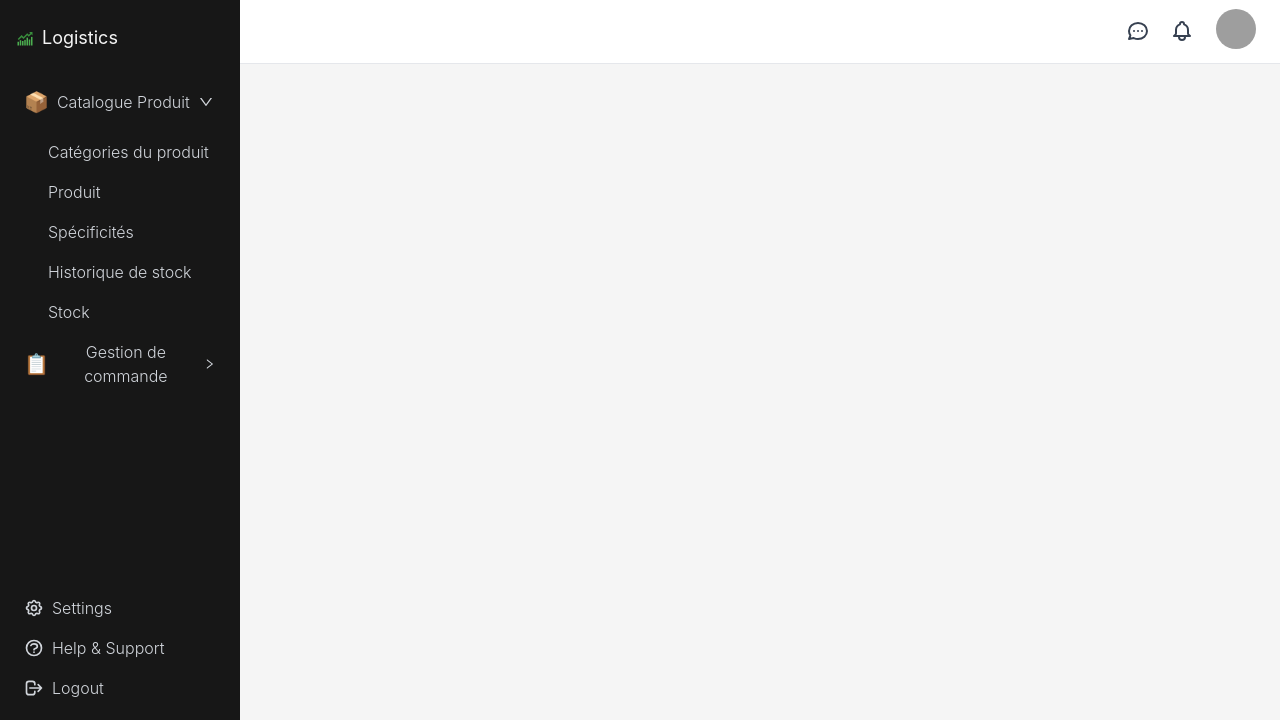
Repository: Mayar2222/Dashboard
Page: /, after clicking the first element matching `button.flex`
The author's editor kept a copy of each file at every save. The page is drawn from the files as they stood at one save, then again after a run of saves.
The browser window is 1280 px wide. The pictures show the whole page.
Pictures or frames that could not be fetched are drawn as grey boxes. The project was rebuilt for these pictures with package versions that can differ from the ones it lists, and the page was loaded fresh each time. Also part of the build but not shown: src/components/CatalogueProduits.jsx, src/components/Categories.jsx.

Above is the page before, as saved 2024-07-28 17:26:27.

### src/App.jsx
import { Route, BrowserRouter as Router, Routes } from "react-router-dom";
import CatalogueProduits from "./components/CatalogueProduits";
import Categories from "./components/Categories";
import Layout from "./components/shared/Layout";

function App() {
  return (
      <Router>
      <Routes>
        <Route path="/"  element={<Layout/>}>
          <Route path="CatalogueProduits"  element={<CatalogueProduits/>}/>
          <Route path="Categories"  element={<Categories/>}/>

          <Route path="login"  element={<div>this login page</div>}/>

        </Route>
      </Routes>
      </Router>
  );
}

export default App;

### src/index.css
@import url('https://fonts.googleapis.com/css2? family=Poppins:wght@400; 600;700&display=swap');


@tailwind base;
@tailwind components;
@tailwind utilities;

@layer base {
    html {
        font-family: 'Inter', sans-serif;
        line-height: 1.3;
    }
    table {
        /* Add any specific styles for the table here if needed */
    }
    th,
    td {
        @apply py-3 px-2.5 text-sm text-left border-y border-gray-200;
    }
    thead {
        @apply bg-neutral-100;
    }
    th {
        @apply font-semibold;
    }
    a {
        @apply text-sky-500 hover:underline;
    }
}

### src/components/shared/Layout.jsx
import React from 'react'
import { Outlet } from 'react-router-dom'
import Header from './Header'
import Sidebar from './Sidebar'
export default function Layout() {
  return (
    <div className='flex flex-row bg-neutral-100 h-screen w-screen overflow-hidden'>
<Sidebar/>
     <div className='flex-1'>
      <Header/>
      <div className='p-4'>{<Outlet/>}</div>

      </div>


    </div>
  )
}

### src/components/shared/Header.jsx
import { Menu, Popover, Transition } from '@headlessui/react';
import React, { Fragment } from 'react';
import { HiOutlineBell, HiOutlineChat } from 'react-icons/hi';

export default function Header() {
  return (
    <div className='bg-white h-16 px-4 flex justify-between items-center border-b border-gray-200'>
      <div className='relative'>

      </div>
      <div className="flex items-center gap-2 mr-2">
        <Popover className="relative">
          {({ open }) => (
            <>
              <Popover.Button
                className={`p-1.5 rounded-sm inline-flex items-center ${open ? 'text-gray-900' : 'text-gray-700 hover:text-gray-900'} focus:outline-none`}
              >
                <HiOutlineChat fontSize={24} />
              </Popover.Button>
              <Transition
                as={Fragment}
                enter="transition ease-out duration-200"
                enterFrom="opacity-0 translate-y-1"
                enterTo="opacity-100 translate-y-0"
                leave="transition ease-in duration-150"
                leaveFrom="opacity-100 translate-y-0"
                leaveTo="opacity-0 translate-y-1"
              >
                <Popover.Panel className="absolute right-0 z-10 mt-2.5 w-80">
                  <div className="bg-white rounded-sm shadow-md ring-1 ring-black ring-opacity-5 px-2 py-2.5">
                    <strong className="text-gray-700 font-medium">Messages</strong>
                    <div className="mt-2">This is the messages panel!</div>
                  </div>
                </Popover.Panel>
              </Transition>
            </>
          )}
        </Popover>

        <Popover className="relative">
          {({ open }) => (
            <>
              <Popover.Button
                className={`p-1.5 rounded-sm inline-flex items-center ${open ? 'text-gray-900' : 'text-gray-700 hover:text-gray-900'} focus:outline-none`}
              >
                <HiOutlineBell fontSize={24} />
              </Popover.Button>
              <Transition
                as={Fragment}
                enter="transition ease-out duration-200"
                enterFrom="opacity-0 translate-y-1"
                enterTo="opacity-100 translate-y-0"
                leave="transition ease-in duration-150"
                leaveFrom="opacity-100 translate-y-0"
                leaveTo="opacity-0 translate-y-1"
              >
                <Popover.Panel className="absolute right-0 z-10 mt-2.5 w-80">
                  <div className="bg-white rounded-sm shadow-md ring-1 ring-black ring-opacity-5 px-2 py-2.5">
                    <strong className="text-gray-700 font-medium">Notifications</strong>
                    <div className="mt-2">This is the notifications panel!</div>
                  </div>
                </Popover.Panel>
              </Transition>
            </>
          )}
        </Popover>

        <Menu as="div" className="relative">
          <div>
            <Menu.Button className="ml-2 inline-flex">
              <span className='sr-only'>Open user menu</span>
              <div className='h-10 w-10 rounded-full bg-sky-500 bg-cover bg-no-repeat bg-center' style={{backgroundImage: 'url("https://images.unsplash.com/photo-1529626455594-4ff0802cfb7e?crop=faces&fit=crop&w=80&h=80&q=80")'}}>
                <span className='sr-only'>Mayar</span>
              </div>
            </Menu.Button>
          </div>
          <Transition
            as={Fragment}
            enter="transition ease-out duration-200"
            enterFrom="opacity-0 translate-y-1"
            enterTo="opacity-100 translate-y-0"
            leave="transition ease-in duration-150"
            leaveFrom="opacity-100 translate-y-0"
            leaveTo="opacity-0 translate-y-1"
          >
            <Menu.Items className="absolute right-0 mt-2 w-48 origin-top-right bg-white border border-gray-200 divide-y divide-gray-100 rounded-md shadow-lg outline-none">
              <div className="px-4 py-3">
                <p className="text-sm">Signed in as</p>
                <p className="text-sm font-medium text-gray-900 truncate">Mayar</p>
              </div>
              <div className="py-1">
                <Menu.Item>
                  {({ active }) => (
                    <a
                      href="/profile"
                      className={`${
                        active ? 'bg-gray-100 text-gray-900' : 'text-gray-700'
                      } flex justify-between w-full px-4 py-2 text-sm leading-5 text-left`}
                    >
                      Your Profile
                    </a>
                  )}
                </Menu.Item>
                <Menu.Item>
                  {({ active }) => (
                    <a
                      href="/settings"
                      className={`${
                        active ? 'bg-gray-100 text-gray-900' : 'text-gray-700'
                      } flex justify-between w-full px-4 py-2 text-sm leading-5 text-left`}
                    >
                      Settings
                    </a>
                  )}
                </Menu.Item>
              </div>
              <div className="py-1">
                <Menu.Item>
                  {({ active }) => (
                    <a
                      href="/logout"
                      className={`${
                        active ? 'bg-gray-100 text-gray-900' : 'text-gray-700'
                      } flex justify-between w-full px-4 py-2 text-sm leading-5 text-left`}
                    >
                      Sign out
                    </a>
                  )}
                </Menu.Item>
              </div>
            </Menu.Items>
          </Transition>
        </Menu>
      </div>
    </div>
  );
}

### src/components/shared/Sidebar.jsx
import React, { useState } from 'react';
import { AiOutlineDown, AiOutlineRight } from 'react-icons/ai';
import { FcBullish } from 'react-icons/fc';
import { HiOutlineLogout } from 'react-icons/hi';
import { Link, useLocation } from 'react-router-dom';
import { DASHBOARD_SIDEBAR_BOTTOM_LINKS, DASHBOARD_SIDEBAR_LINKS } from '../../lib/consts/navigation';

const linkClasses =
  'flex items-center gap-2 font-light px-3 py-2 hover:bg-neutral-700 hover:no-underline active:bg-neutral-600 rounded-sm text-base text-gray-300';

const titleClasses = 'flex items-center gap-2 px-1 py-3 text-neutral-100 text-lg';

export default function Sidebar() {
  const { pathname } = useLocation();
  const [isCatalogueOpen, setIsCatalogueOpen] = useState(false);
  const [isGestionOpen, setIsGestionOpen] = useState(false);

  const toggleCatalogue = () => {
    setIsCatalogueOpen(!isCatalogueOpen);
  };

  const toggleGestion = () => {
    setIsGestionOpen(!isGestionOpen);
  };

  return (
    <div className="bg-neutral-900 w-60 p-3 flex flex-col text-white h-full fixed">
      <div className={titleClasses}>
        <FcBullish />
        <span>Logistics</span>
      </div>
      <div className="flex-1 mt-4">
        <div>
          <button onClick={toggleCatalogue} className={linkClasses}>
            <span className="text-xl">📦</span>
            <span>Catalogue Produit</span>
            {isCatalogueOpen ? <AiOutlineDown /> : <AiOutlineRight />}
          </button>
          {isCatalogueOpen && (
            <div className="ml-6 mt-2">
              <Link to="/categories" className={linkClasses}>
                Catégories du produit
              </Link>
              <Link to="/produit" className={linkClasses}>
                Produit
              </Link>
              <Link to="/spf" className={linkClasses}>
                Spécificités
              </Link>
              <Link to="/historique" className={linkClasses}>
                Historique de stock
              </Link>
              <Link to="/stock" className={linkClasses}>
                Stock
              </Link>
            </div>
          )}
        </div>

        <div>
          <button onClick={toggleGestion} className={linkClasses}>
            <span className="text-xl">📋</span>
            <span>Gestion de commande</span>
            {isGestionOpen ? <AiOutlineDown /> : <AiOutlineRight />}
          </button>
          {isGestionOpen && (
            <div className="ml-6 mt-2">
              <Link to="/commande" className={linkClasses}>
                Commande
              </Link>
              <Link to="/suivi" className={linkClasses}>
                Suivi
              </Link>
              <Link to="/facturation" className={linkClasses}>
                Facturation
              </Link>
            </div>
          )}
        </div>

        {DASHBOARD_SIDEBAR_LINKS.filter(link => link.label !== "Catalogue Produit" && link.label !== "Gestion de commande").map(({ key, path, icon, label }) => (
          <Link
            key={key}
            to={path}
            className={`${linkClasses} ${pathname === path ? 'bg-neutral-700' : ''}`}
          >
            {icon && <span className="text-xl">{icon}</span>}
            <span>{label}</span>
          </Link>
        ))}
      </div>
      <div className="mt-4">
        {DASHBOARD_SIDEBAR_BOTTOM_LINKS.map(({ key, path, icon, label }) => (
          <Link
            key={key}
            to={path}
            className={`${linkClasses} ${pathname === path ? 'bg-neutral-700' : ''}`}
          >
            {icon && <span className="text-xl">{icon}</span>}
            <span>{label}</span>
          </Link>
        ))}
        <Link
          to="/logout" // Adjust the path as needed
          className={linkClasses}
        >
          <HiOutlineLogout className="text-xl" />
          <span>Logout</span>
        </Link>
      </div>
    </div>
  );
}

### src/lib/consts/navigation.jsx
import {
	HiOutlineCog,
	HiOutlineCube,
	HiOutlineQuestionMarkCircle
} from 'react-icons/hi'

export const DASHBOARD_SIDEBAR_LINKS = [

	{
		key: 'CatalogueProduits',
		label: 'Catalogue Produit',
		path: '/CatalogueProduits',
		icon: <HiOutlineCube />
	},



]

export const DASHBOARD_SIDEBAR_BOTTOM_LINKS = [
	{
		key: 'settings',
		label: 'Settings',
		path: '/settings',
		icon: <HiOutlineCog />
	},
	{
		key: 'support',
		label: 'Help & Support',
		path: '/support',
		icon: <HiOutlineQuestionMarkCircle />
	}
]

Loaded but not shown: public/index.html (common file); src/index.js (common file); tailwind.config.js (common file)

After the next 2 saves:
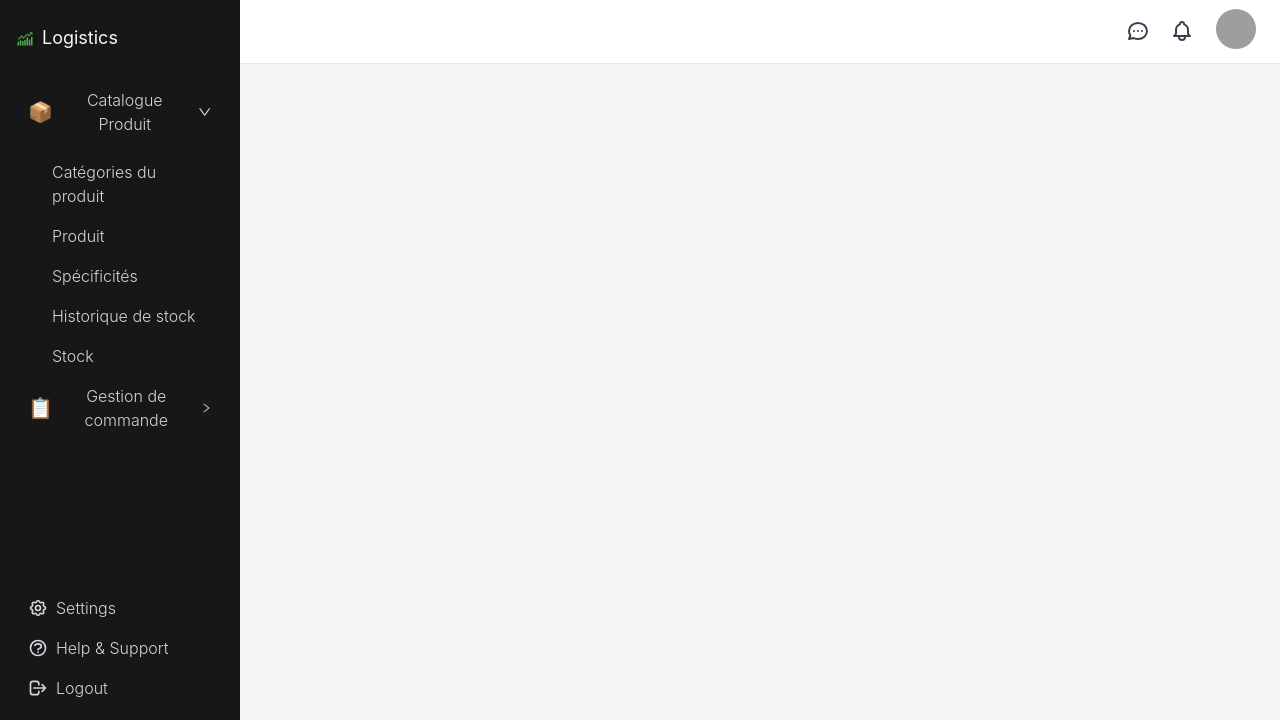
The 2 saves are shown as one change because they came seconds apart.
The last was saved 12 min 32 s later.
--- a/src/components/shared/Sidebar.jsx
+++ b/src/components/shared/Sidebar.jsx
@@ -6,7 +6,7 @@ import { Link, useLocation } from 'react-router-dom';
 import { DASHBOARD_SIDEBAR_BOTTOM_LINKS, DASHBOARD_SIDEBAR_LINKS } from '../../lib/consts/navigation';
 
 const linkClasses =
-  'flex items-center gap-2 font-light px-3 py-2 hover:bg-neutral-700 hover:no-underline active:bg-neutral-600 rounded-sm text-base text-gray-300';
+  'flex items-center gap-2 font-light px-4 py-2 hover:bg-neutral-700 hover:no-underline active:bg-neutral-600 rounded-sm text-base text-gray-300';
 
 const titleClasses = 'flex items-center gap-2 px-1 py-3 text-neutral-100 text-lg';
 
